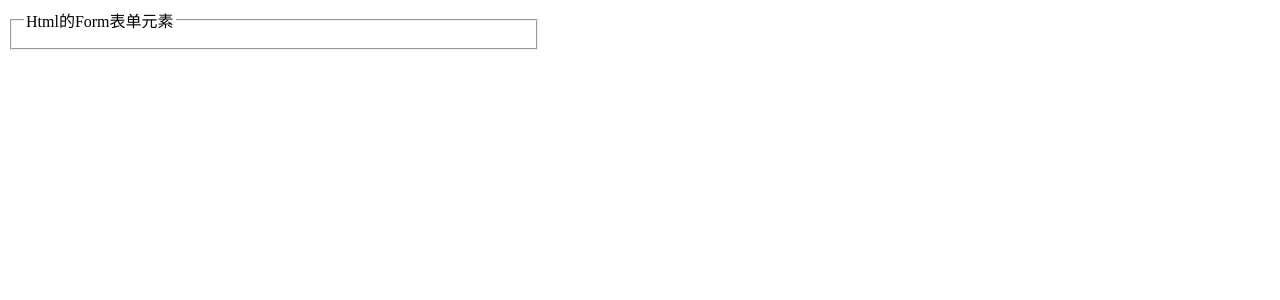
Repository: frankstar007/java
Page: http://localhost/Servlet_Study/request_form1.jsp
The author's editor kept a copy of each file at every save. The page is drawn from the files as they stood at one save, then again after the next save.
The browser window is 1280 px wide. The pictures show the whole page.
The page is served by Tomcat 9. Nobody is signed in. The application's start-up code is not run.

Above is the page before, as saved 2016-05-01 02:32:13.

After the next save:
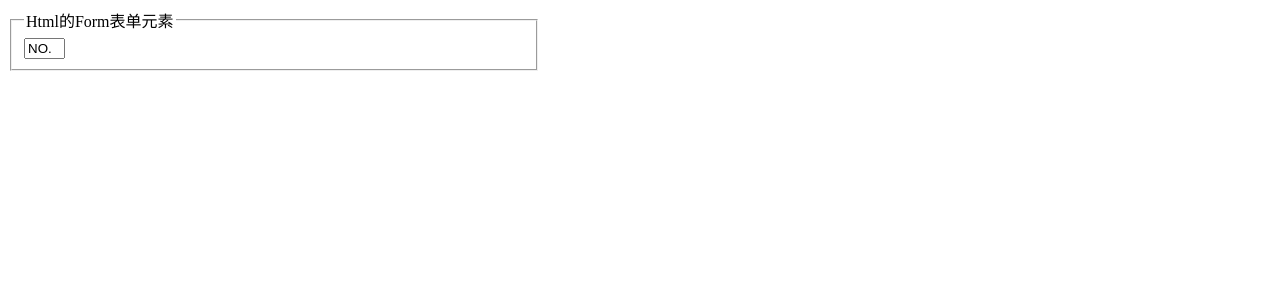
Saved 63 s later.
--- a/Servlet_Study/WebContent/request_form1.jsp
+++ b/Servlet_Study/WebContent/request_form1.jsp
@@ -8,7 +8,12 @@
 </head>
 <fieldset style="width:500px;">
 	<legend>Html的Form表单元素</legend>
-	<form action="${pageContext.request.contextPath }/RequestDemo3" method="post"></form>
+	<form action="${pageContext.request.contextPath }/RequestDemo3" method="post">
+		<input type="text" name="userid" value="NO." size="2" maxlength="2"><br>
+
+
+
+	</form>
 
 </fieldset>
 <body>
